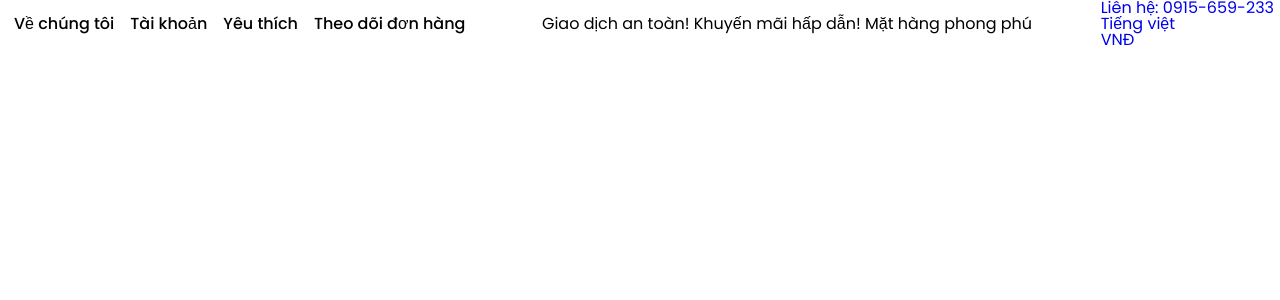
Repository: DucNghia2004/project_pro_01
Page: index.html
The author's editor kept a copy of each file at every save. The page is drawn from the files as they stood at one save, then again after the next save.
The browser window is 1280 px wide. The pictures show the whole page.

Above is the page before, as saved 2024-05-30 20:13:51.

### index.html
<!DOCTYPE html>
<html lang="en">
    <head>
        <meta charset="UTF-8" />
        <meta name="viewport" content="width=device-width, initial-scale=1.0" />
        <title>Document</title>
        <!-- Reset CSS -->
        <link rel="stylesheet" href="./assets/css/resets.css" />

        <!-- Embed font -->
        <link rel="preconnect" href="https://fonts.googleapis.com" />
        <link rel="preconnect" href="https://fonts.gstatic.com" crossorigin />
        <link
            href="https://fonts.googleapis.com/css2?family=Poppins:ital,wght@0,100;0,200;0,300;0,400;0,500;0,600;0,700;0,800;0,900;1,100;1,200;1,300;1,400;1,500;1,600;1,700;1,800;1,900&display=swap"
            rel="stylesheet"
        />

        <!-- Styles CSS -->
        <link rel="stylesheet" href="./assets/css/styles.css" />
    </head>
    <body>
        <div class="info">
            <div class="container">
                <div class="info-info">
                    <div class="info-header">
                        <ul class="info__list">
                            <li class="info__item">
                                <a href="#!" class="info__link">Về chúng tôi</a>
                            </li>
                            <li class="info__item">
                                <a href="#!" class="info__link">Tài khoản</a>
                            </li>
                            <li class="info__item">
                                <a href="#!" class="info__link">Yêu thích</a>
                            </li>
                            <li class="info__item">
                                <a href="#!" class="info__link"
                                    >Theo dõi đơn hàng</a
                                >
                            </li>
                        </ul>
                    </div>
                    <div class="info-product">
                        <p class="indo-product__desc">
                            Giao dịch an toàn! Khuyến mãi hấp dẫn! Mặt hàng
                            phong phú
                        </p>
                    </div>
                    <div class="info-contact">
                        <ul class="info-contact__list">
                            <li class="info-contact__item">
                                <a href="#!" class="info-contact__link">
                                    Liên hệ: 0915-659-233
                                </a>
                            </li>
                            <li class="info-contact__item">
                                <a href="#!" class="info-contact__link"
                                    >Tiếng việt</a
                                >
                            </li>
                            <li class="info-contact__item">
                                <a href="#!" class="info-contact__link">VNĐ</a>
                            </li>
                        </ul>
                    </div>
                </div>
            </div>
        </div>
    </body>
</html>

### assets/css/styles.css
* {
    box-sizing: border-box;
}

html {
    font-size: 62.5%;
}

body {
    font-size: 1.6rem;
    font-family: "Poppins", sans-serif;
}

input,
textarea,
select,
button {
    font-size: inherit;
    font-family: inherit;
}

.container {
    width: 100%;
    max-width: calc(100% - 12px);
    margin: 0 auto;
}

/* Comon */
a {
    text-decoration: none;
}

/* Info-header */
.info-info {
    display: flex;
    align-items: center;
    justify-content: space-between;
}

.info__list {
    display: flex;
}

.info__link {
    padding: 4px 8px;
    color: black;
    font-weight: 500;
}

Loaded but not shown: assets/css/resets.css (common file)

After the next save:
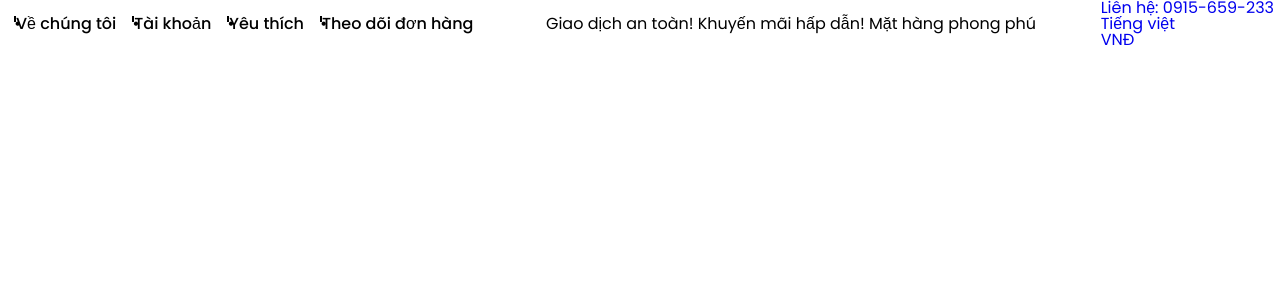
Saved 100 s later.
--- a/assets/css/styles.css
+++ b/assets/css/styles.css
@@ -46,3 +46,11 @@ a {
     color: black;
     font-weight: 500;
 }
+
+.info__link::before {
+    content: "•";
+    display: inline-block;
+    height: 6px;
+    width: 2px;
+    background-color: black;
+}

After the save that followed:
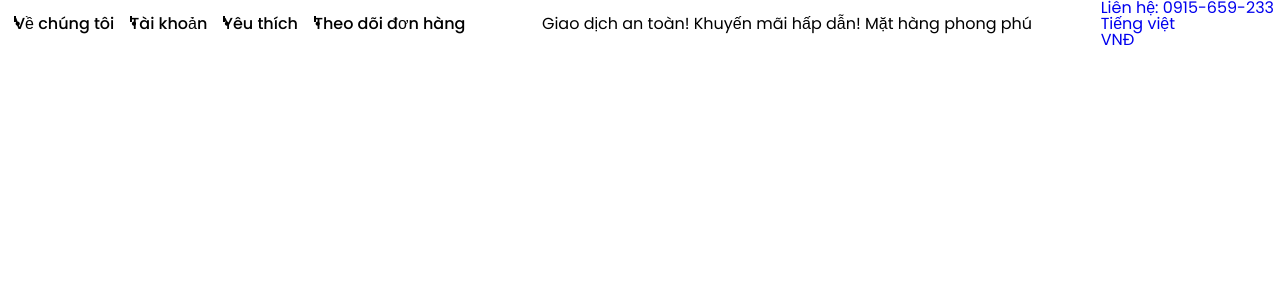
Saved 23 s later.
--- a/assets/css/styles.css
+++ b/assets/css/styles.css
@@ -42,12 +42,14 @@ a {
 }
 
 .info__link {
+    position: relative;
     padding: 4px 8px;
     color: black;
     font-weight: 500;
 }
 
 .info__link::before {
+    position: absolute;
     content: "•";
     display: inline-block;
     height: 6px;
